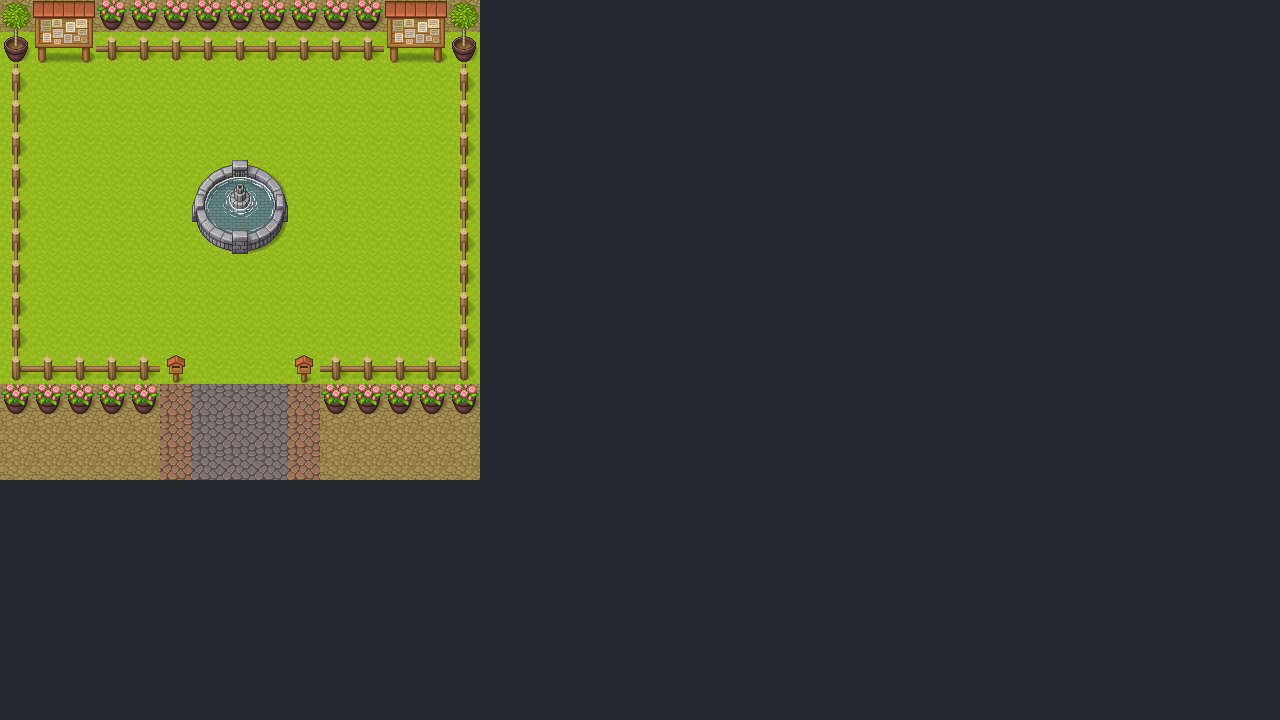
Repository: guilhermecardoso93/rpg-react
Page: /
An editor plug-in stored every save of this project. The page is shown before and after the next save, followed by the edit.
The browser window is 1280 px wide. The pictures show the whole page.
The project was rebuilt for these pictures with package versions that can differ from the ones it lists, and the page was loaded fresh each time.

Above is the page before, as saved 2022-11-15 21:10:23.

### src/index.tsx
import React from 'react';
import ReactDOM from 'react-dom/client';
import {App} from './App';
import { GlobalStyle } from './App.styles';
import reportWebVitals from './reportWebVitals';

const root = ReactDOM.createRoot(
  document.getElementById('root') as HTMLElement
);
root.render(
  <React.StrictMode>
    <GlobalStyle/>
    <App />
  </React.StrictMode>
);

// If you want to start measuring performance in your app, pass a function
// to log results (for example: reportWebVitals(console.log))
// or send to an analytics endpoint. Learn more: https://bit.ly/CRA-vitals
reportWebVitals();

### src/App.tsx
import React from 'react';
import { Container, Map } from './App.styles';


export function App() {
  return (
    <Container>
      <Map>

      </Map>
    </Container>
  );
}

### src/App.styles.ts
import styled , { createGlobalStyle} from 'styled-components'

export const GlobalStyle = createGlobalStyle`
  * {
    box-sizing: border-box;
    margin: 0;
    padding: 0;
  }
`

export const Container = styled.div`
  background-color: #24282f;
  min-height: 100vh;
  color: #fff;
  display: flex;
`

export const Map = styled.div`
  background-image: url('/assets/map.png');
  background-position: left top;
  background-size:cover;
  width: 480px;
  height: 480px;
`

Loaded but not shown: public/index.html (common file); src/reportWebVitals.ts (common file)

After the next save:
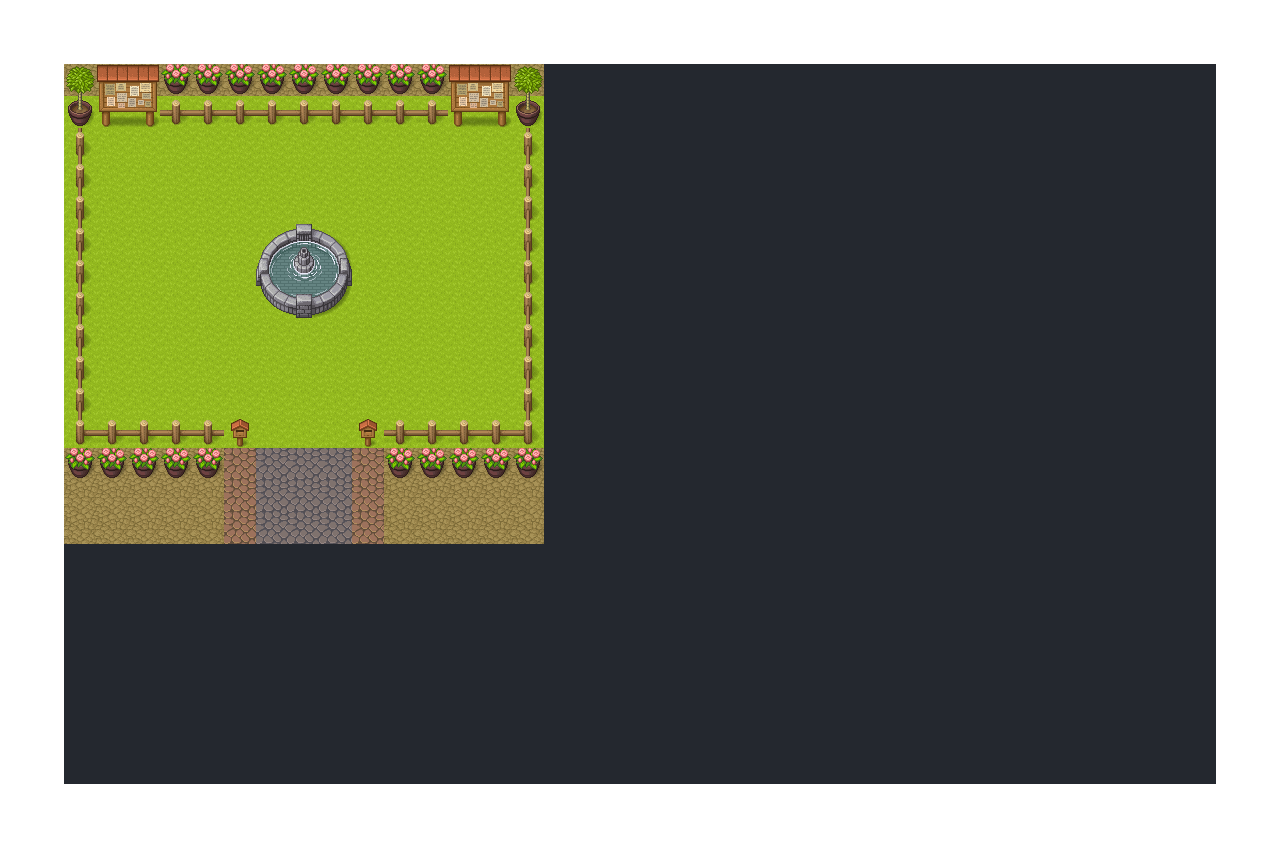
Saved 16 s later.
--- a/src/App.styles.ts
+++ b/src/App.styles.ts
@@ -13,6 +13,7 @@
   min-height: 100vh;
   color: #fff;
   display: flex;
+  margin: 4rem;
 `
 
 export const Map = styled.div`
